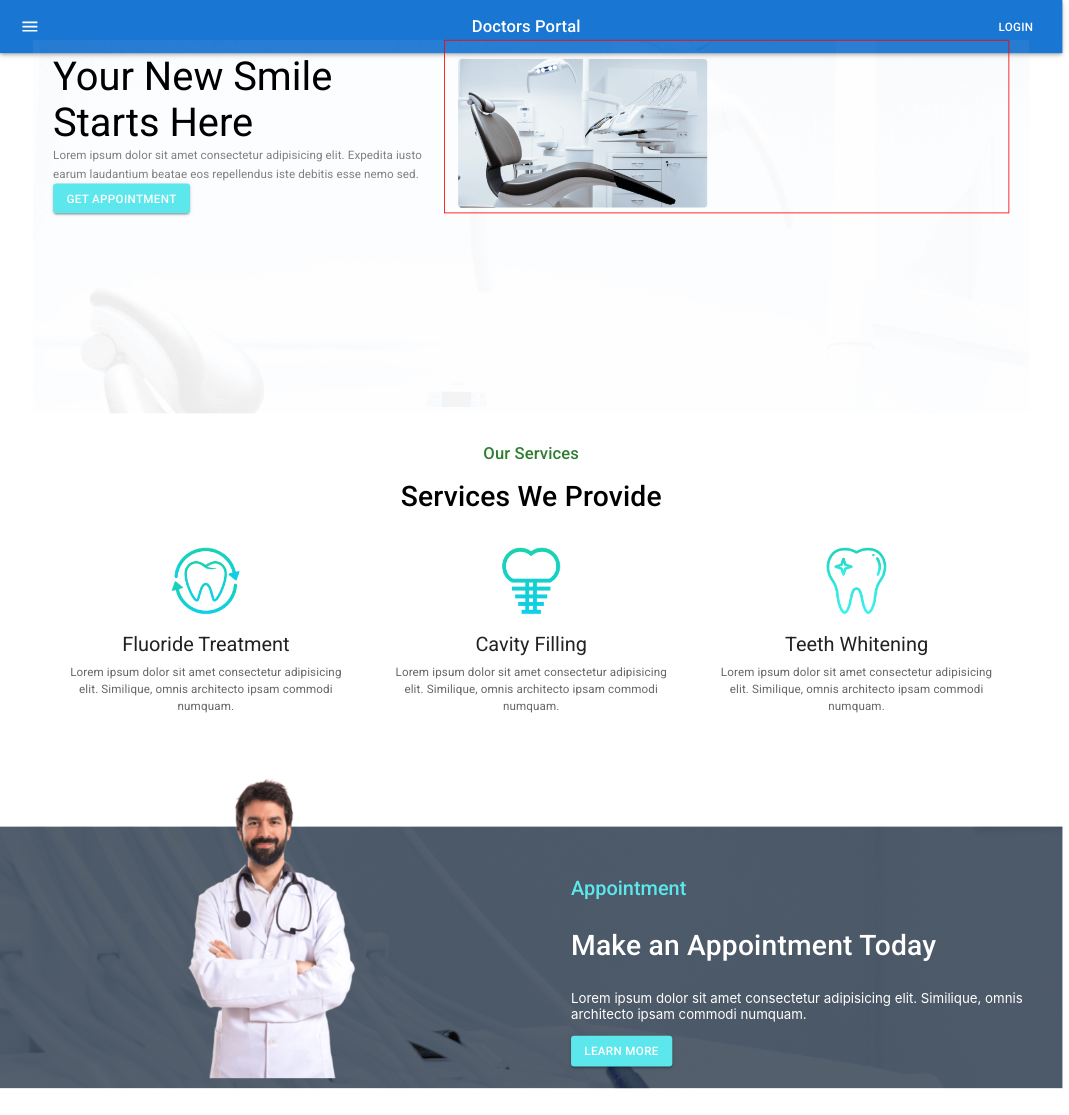
Repository: Sharif-00112/doctors-portal-client
Page: /
These files come from the project's save history. The page is drawn as it stood at one moment and after the next save; the edit follows.
The browser window is 1280 px wide. The page is 1288 px wide, so the pictures cover 1288 px, including what lies to the right of the window. The pictures show the whole page, at 83% of full size.
The project was rebuilt for these pictures with package versions that can differ from the ones it lists, and the page was loaded fresh each time.

Above is the page before, as saved 2022-11-01 22:34:26.

### public/index.html
<!DOCTYPE html>
<html lang="en">
  <head>
    <meta charset="utf-8" />
    <link rel="icon" href="%PUBLIC_URL%/favicon.ico" />
    <meta name="viewport" content="width=device-width, initial-scale=1" />
    <meta name="theme-color" content="#000000" />
    <meta
      name="description"
      content="Web site created using create-react-app"
    />
    <link
      rel="stylesheet" href="https://fonts.googleapis.com/css?family=Roboto:300,400,500,700&display=swap"
    />

    <link rel="apple-touch-icon" href="%PUBLIC_URL%/logo192.png" />
    <!--
      manifest.json provides metadata used when your web app is installed on a
      user's mobile device or desktop. See https://developers.google.com/web/fundamentals/web-app-manifest/
    -->
    <link rel="manifest" href="%PUBLIC_URL%/manifest.json" />
    <!--
      Notice the use of %PUBLIC_URL% in the tags above.
      It will be replaced with the URL of the `public` folder during the build.
      Only files inside the `public` folder can be referenced from the HTML.

      Unlike "/favicon.ico" or "favicon.ico", "%PUBLIC_URL%/favicon.ico" will
      work correctly both with client-side routing and a non-root public URL.
      Learn how to configure a non-root public URL by running `npm run build`.
    -->
    <title>React App</title>
  </head>
  <body>
    <noscript>You need to enable JavaScript to run this app.</noscript>
    <div id="root"></div>
    <!--
      This HTML file is a template.
      If you open it directly in the browser, you will see an empty page.

      You can add webfonts, meta tags, or analytics to this file.
      The build step will place the bundled scripts into the <body> tag.

      To begin the development, run `npm start` or `yarn start`.
      To create a production bundle, use `npm run build` or `yarn build`.
    -->
  </body>
</html>

### src/App.js
import './App.css';
import { BrowserRouter as Router, Route, Routes} from 'react-router-dom';
import Home from './Pages/Home/Home/Home';

function App() {
  return (
    <div className="App">
      <Router>
        {/* <Header></Header> */}
        <Routes>
          <Route exact path = '/' element={<Home/>}/>
          <Route exact path = '/home' element={<Home/>}/>
          <Route exact path = '*' element={<Home/>}/>
        </Routes>
        {/* <Footer></Footer> */}
      </Router>
    </div>
  );
}

export default App;

### src/Pages/Home/Home/Home.js
import React from 'react';
import Navigation from '../../Shared/Navigation/Navigation';
import AppointmentBanner from '../AppointmentBanner/AppointmentBanner';
import Banner from '../Banner/Banner';
import Services from '../Services/Services';

const Home = () => {
    return (
        <div>
            {/* <h2>This is Home</h2> */}
            <Navigation></Navigation>
            <Banner></Banner>
            <Services></Services>
            <AppointmentBanner></AppointmentBanner>
        </div>
    );
};

export default Home;

### src/Pages/Shared/Navigation/Navigation.js
import React from 'react';
import AppBar from '@mui/material/AppBar';
import Box from '@mui/material/Box';
import Toolbar from '@mui/material/Toolbar';
import Typography from '@mui/material/Typography';
import Button from '@mui/material/Button';
import IconButton from '@mui/material/IconButton';
import MenuIcon from '@mui/icons-material/Menu';

const Navigation = () => {
    return (
        <div>
            <Box sx={{ flexGrow: 1 }}>
                <AppBar position="static">
                    <Toolbar>
                        <IconButton
                            size="large"
                            edge="start"
                            color="inherit"
                            aria-label="menu"
                            sx={{ mr: 2 }}
                        >
                            <MenuIcon />
                        </IconButton>
                        <Typography variant="h6" component="div" sx={{ flexGrow: 1 }}>
                            Doctors Portal
                        </Typography>
                        <Button color="inherit">Login</Button>
                    </Toolbar>
                </AppBar>
            </Box>
        </div>
    );
};

export default Navigation;

### src/Pages/Home/AppointmentBanner/AppointmentBanner.js
import React from 'react';
import Box from '@mui/material/Box';
import Grid from '@mui/material/Unstable_Grid2';
import Typography from '@mui/material/Typography';

import doctor from '../../../images/images/doctor.png'
import bg from '../../../images/images/appointment-bg.png'
import { Button } from '@mui/material';

const appointmentBanner = {
    background: `url(${bg})`,
    marginTop: 100,
    backgroundColor: 'rgba(45, 58, 74, 0.8)',
    backgroundBlendMode: 'darken, luminosity'
}

const AppointmentBanner = () => {
    return (
        <div>
            <Box style={appointmentBanner} sx={{ flexGrow: 1, mb:5 }}>
                <Grid container spacing={2}>
                    <Grid xs={12} md={6}>
                        <img
                           style={{width: 400, marginTop: '-105px' }}
                        src={doctor} alt="" />
                    </Grid>

                    <Grid xs={12} md={6} sx={{
                        display: 'flex',
                        justifyContent: 'flex-start',
                        textAlign: 'left',
                        alignItems: 'center'
                        }}>
                        <Box sx={{pl: 5}}>
                            <Typography sx={{ mb: 2, mt: 4, fontWeight: 500 }} style={{color: '#5CE7ED'}} variant="h5" component="div">
                                Appointment
                            </Typography>
                            <Typography sx={{ mb: 2, mt: 4, fontWeight: 500 }} style={{color: 'white'}} variant="h4" component="div">
                                Make an Appointment Today
                            </Typography>
                            <Typography sx={{ mb: 2, mt: 4 }} style={{color: 'white'}} variant="" component="div">
                                Lorem ipsum dolor sit amet consectetur adipisicing elit. Similique, omnis architecto ipsam commodi numquam.
                            </Typography>
                            <Button variant="contained" style={{backgroundColor: '#5CE7ED'}}>Learn More</Button>
                        </Box>
                    </Grid>
                </Grid>
            </Box>
        </div>
    );
};

export default AppointmentBanner;

### src/Pages/Home/Banner/Banner.js
import React from 'react';
import Grid from '@mui/material/Grid';
import Typography from '@mui/material/Typography';
import { Button, Container } from '@mui/material';

import chair from '../../../images/images/chair.png'
import bnBg from '../../../images/images/bg.png'

const bannerBg = {
    background: `url(${bnBg})`,
    height: 450
}

const verticalCenter = {
    display: 'flex',
    alignItems: 'center',
    border: '1px solid red'
}

const Banner = () => {
    return (
        <div>
            <Container style={bannerBg} sx={{ flexGrow: 1 }}>
                <Grid container spacing={2}>
                    <Grid item style={{textAlign: 'left'}} xs={12} md={5}>
                        <Typography sx={{ }} style={{color: 'black'}} variant="h3" component="div">
                            Your New Smile <br />
                            Starts Here
                        </Typography>
                        <Typography sx={{ fontSize: 14, fontWeight: 400, color: 'gray'}} variant="h6" component="div">
                            Lorem ipsum dolor sit amet consectetur adipisicing elit. Expedita iusto earum laudantium beatae eos repellendus iste debitis esse nemo sed.
                        </Typography>
                        <Button variant="contained" style={{backgroundColor: '#5CE7ED'}}>Get Appointment</Button>
                    </Grid>
                    <Grid item xs={12} md={7} style={verticalCenter}>
                        <img style={{ width: '300px'}} src={chair} alt="" />
                    </Grid>
                </Grid>
            </Container>
        </div>
    );
};

export default Banner;

### src/Pages/Home/Services/Services.js
import React from 'react';
import Box from '@mui/material/Box';
import Grid from '@mui/material/Unstable_Grid2';
import Typography from '@mui/material/Typography';
import { Container } from '@mui/material';
import Service from '../Service/Service';

import fluoride from '../../../images/images/fluoride.png';
import cavity from '../../../images/images/cavity.png'
import whitening from '../../../images/images/whitening.png'

const services = [
    {
        name: 'Fluoride Treatment',
        description: 'Lorem ipsum dolor sit amet consectetur adipisicing elit. Similique, omnis architecto ipsam commodi numquam.',
        img: fluoride
    },
    {
        name: 'Cavity Filling',
        description: 'Lorem ipsum dolor sit amet consectetur adipisicing elit. Similique, omnis architecto ipsam commodi numquam.',
        img: cavity
    },
    {
        name: 'Teeth Whitening',
        description: 'Lorem ipsum dolor sit amet consectetur adipisicing elit. Similique, omnis architecto ipsam commodi numquam.',
        img: whitening
    }
]

const Services = () => {
    return (
        <div>
            <Box sx={{ flexGrow: 1 }}>
                <Container>
                    <Typography sx={{ mb: 2, mt: 4, fontWeight: 500, color: 'success.main' }} variant="h6" component="div">
                        Our Services
                    </Typography>
                    <Typography sx={{ mb: 3, fontWeight: 500 }} variant="h4" component="div">
                        Services We Provide
                    </Typography>

                    <Grid container spacing={{ xs: 2, md: 3 }} columns={{ xs: 4, sm: 8, md: 12 }}>
                        {
                            services.map(service => (
                                <Grid xs={2} sm={4} md={4} key={service.name}>
                                <Service
                                    key = {service.name}
                                    service = {service}
                                ></Service>
                            </Grid>
                            ))
                        }
                    </Grid>
                </Container>
            </Box>
        </div>
    );
};

export default Services;

### src/Pages/Home/Service/Service.js
import React from 'react';
import Card from '@mui/material/Card';
// import CardActions from '@mui/material/CardActions';
import CardContent from '@mui/material/CardContent';
// import Button from '@mui/material/Button';
import Typography from '@mui/material/Typography';
import CardMedia from '@mui/material/CardMedia';

const Service = (props) => {
    const {name, description, img} = props.service
    return (
        <div>
            <Card sx={{ minWidth: 275, border: 0, boxShadow: 0, mt: 1.5 }}>
                <CardMedia
                    component="img"
                    style={{width: 'auto', height: '80px', margin: '4px auto'}}
                    image={img}
                    alt={name}
                />
                <CardContent>
                    <Typography sx={{ mb: 1 }} variant="h5" component="div">
                        {name}
                    </Typography>
                    <Typography sx={{ mb: 1.5 }} variant="body2" color="text.secondary">
                        {description}
                    </Typography>
                </CardContent>
                {/* <CardActions>
                    <Button size="small">Learn More</Button>
                </CardActions> */}
            </Card>
        </div>
    );
};

export default Service;

Loaded but not shown: src/index.js (common file); src/index.css (common file); src/reportWebVitals.js (common file); src/App.css (common file)

After the next save:
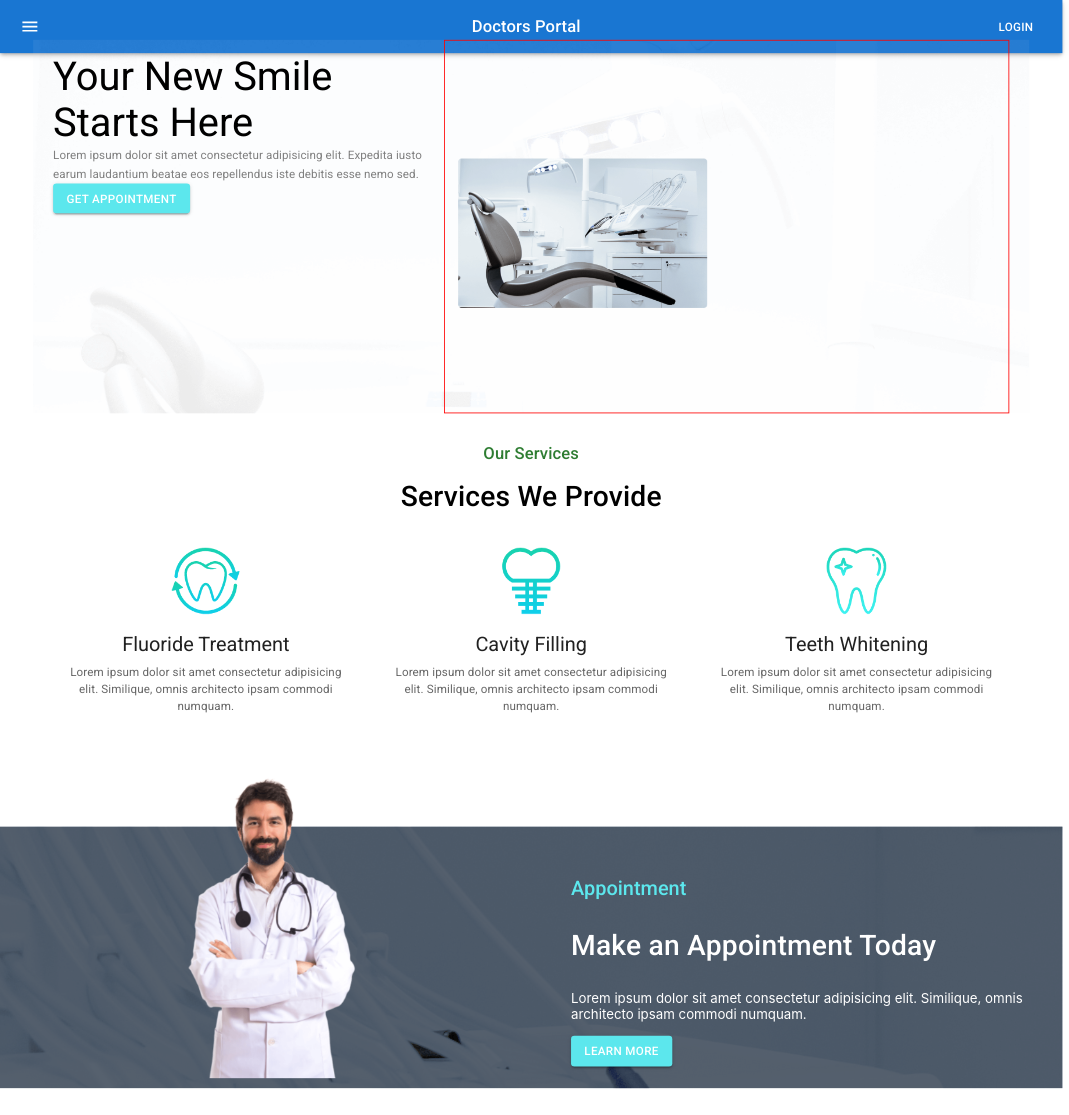
Saved 78 s later.
--- a/src/Pages/Home/Banner/Banner.js
+++ b/src/Pages/Home/Banner/Banner.js
@@ -7,14 +7,14 @@ import chair from '../../../images/images/chair.png'
 import bnBg from '../../../images/images/bg.png'
 
 const bannerBg = {
-    background: `url(${bnBg})`,
-    height: 450
+    background: `url(${bnBg})`
 }
 
 const verticalCenter = {
     display: 'flex',
     alignItems: 'center',
-    border: '1px solid red'
+    border: '1px solid red',
+    height: 450
 }
 
 const Banner = () => {
